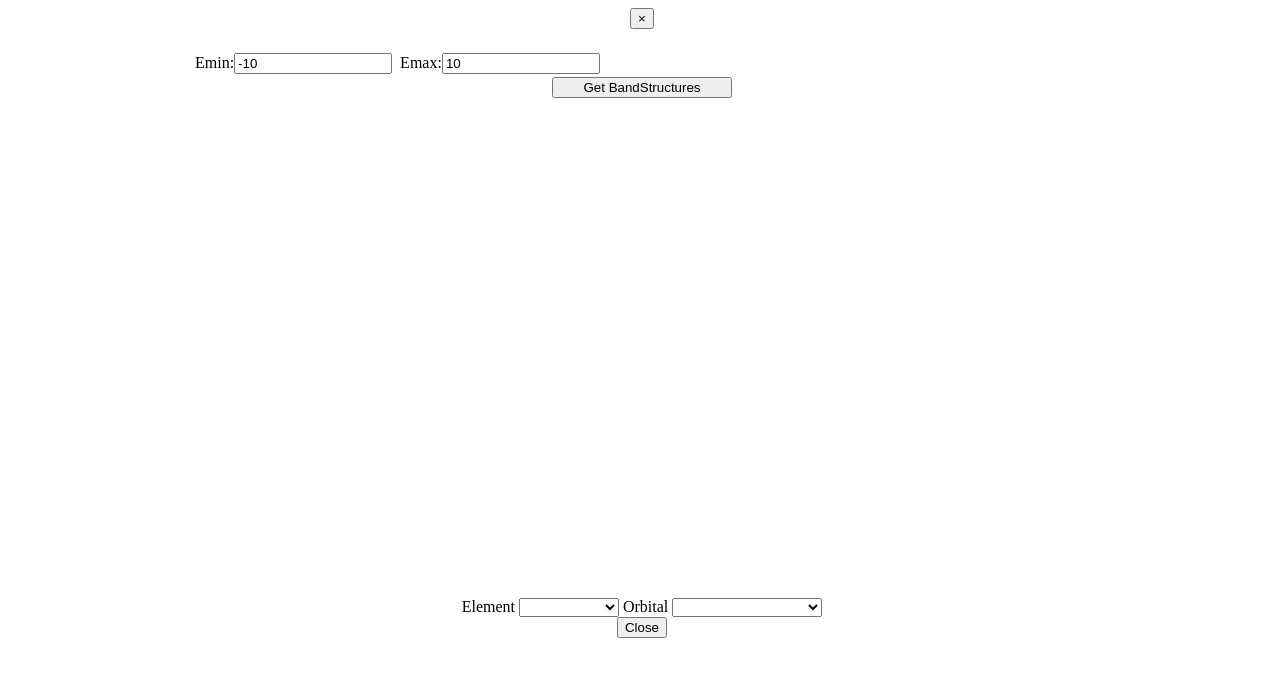
Repository: atowfiq/FESD_website-scripts
Page: http://localhost/fesdweb/BandstructureChart.jsp
An editor plug-in stored every save of this project. The page is shown before and after the next save, followed by the edit.
The browser window is 1280 px wide. The pictures show the whole page.
The page is served by Tomcat 9. Other server files are loaded and not shown.

Above is the page before, as saved 2017-07-28 00:54:06.

### fesdweb/WebContent/BandstructureChart.jsp
<%@ page language="java" contentType="text/html; charset=ISO-8859-1"
    pageEncoding="ISO-8859-1"%>
<!DOCTYPE html PUBLIC "-//W3C//DTD HTML 4.01 Transitional//EN" "http://www.w3.org/TR/html4/loose.dtd">
<html>
<head>
<meta http-equiv="Content-Type" content="text/html; charset=ISO-8859-1">
<title>Bandstructure</title>

<style type="text/css">
.main{
margin-top:-40px;
}


.modal .modal-body {
    max-height: 800px;
    overflow-y: auto;
}
.modal {
  text-align: center;
}

@media screen and (min-width: 768px) {
  .modal:before {
    content: " ";
    display: inline-block;
    height: 100%;
    vertical-align: middle;
  }
}

.modal-dialog {
  display: inline-block;
  text-align: center;
  vertical-align: middle;
}

</style>

    <script type="text/javascript">

      function drawChart(bands) {
    	//  $("#Bands").append($("<option></option>").val('All').html('All'));
     	  $.each(bands, function (key, value) {

 	         $("#BandsFrom").append($("<option></option>").val(value.Index).html(value.Index));
 	        $("#BandsTo").append($("<option></option>").val(value.Index).html(value.Index));

     	  });

     	 drawBandChart(bands);

          }

      	  function drawBandChart(bands)
      	  {


      	  BandChart = document.getElementById('BandChart');
      	  Plotly.purge(BandChart);

      	  var data =[];
      	  var dx=[];
    	  for(var i=0;i<bands[0].Energy.split(", ").length;i++)
    	         	  dx.push(i);
      	  for(var l=0;l<bands.length;l++)
      		{

      		  data.push({x:dx,y:bands[l].Energy.split(", ")});
      		}
      	  /* [{
      	      x: [1, 2, 3, 4, 5],
      	      y: [1, 2, 4, 8, 16],
      	  	},{
      	      x: [1, 2, 3, 4, 5],
      	      y: [2, 4, 6, 8, 16],
      	  	}]*/

      	 var layout = {
       			  title: 'Bandstructure' + Compound.Formula,

       			  yaxis: {
       			    range: [-10, 10],
       			    autorange: false
       			  },

       			};
      	  Plotly.plot( BandChart,data, layout );
      	  }

      	  function drawChartSingleBand(index,bands,orbitalValue)
      	  {



      		 BandChart = document.getElementById('BandChart');
      		 Plotly.purge(BandChart);

      		 var data =[];
         	  var dx=[];
         	  for(var i=0;i<bands[index].Energy.split(", ").length;i++)
         		  dx.push(i);

         	var weight= orbitalValue.split(", ");


         	// data.push({x:dx,y:bands[index].Energy.split(", ")});
         	  data.push({x:dx,
         			  y:bands[index].Energy.split(", "),
         			  type: 'scatter',                    // set the chart type
        		      mode: 'lines',
        		      line: {                             // set the width of the line.
        		         width: 1
        		      },

        		      error_y: {
        		        array: weight.map(function(x) { return x ; }),
        		        thickness: 0.5,                   // set the thickness of the error bars
        		        width: 0
        		      }


         		  });



         	  Plotly.plot( BandChart,data, {
         	      margin: { t: 0 } } );



      	  }

      	function GetBandstructures()
      	{
      		var bandsFrom=$("#BandsFrom").val(),bandsTo =$("#BandsTo").val();
      		if(bandsFrom>bandsTo)
      		{
      			alert("Bands from should be less than bands to.");
      			return;
      		}
      		$.get('BandStructureServlet', {
      			from: bandsFrom,
      			to: bandsTo,
      			id:Compound.Id
      			 }, function(data) {
      				 $("#CompoundElements").html('');
      				    $("#CompoundElements").append($("<option></option>").val("None").html("None"));
      			  	     $.each(data, function (key, value) {

      			  	         $("#CompoundElements").append($("<option></option>").val(JSON.stringify({Header: value.Header,PartialEnergy:value.PartialEnergy})).html(value.Element+" "+value.ElementIndex));
      			  	       });



      		});



      	}


    </script>

</head>
<body>
<div  id="Viewer"  class="modal fade bs-example-modal-lg" tabindex="-1" role="dialog" aria-labelledby="myLargeModalLabel" style="width:100%">
    <div class="modal-dialog modal-lg">

      <!-- Modal content-->


      <div class="modal-content">
        <div class="modal-header">
          <button type="button" class="close" data-dismiss="modal">&times;</button>
          <h4 class="modal-title" id="CompoundFormulaName"></h4>

        </div>
        <div class="modal-body">
    <div>
    <table>
    <tr>
    <td>
<label>Emin:</label><input id="EminBC" style="width:150px;"  class="form-control"  value="-10">
</td>
<td >
</td>

<td>
<label>Emax:</label><input id="EmaxBC" style="width:150px;"  class="form-control"  value="10">
</td>

	</tr>
	</table>
	</div>
	<button style="width:180px;" class="btn btn-secondary" onclick="GetBandstructures()">Get BandStructures</button>

   <div id="BandChart" style="width: 900px; height: 500px"></div>


 <label  class="control-label ">Element </label> <select style="width: 100px; "  id="CompoundElements">

		</select>
		<label  class="control-label ">Orbital</label> <select style="width: 150px; "  id="Orbitals">

		</select>
<div id="ViewerContent"  style="display: none;"> <img src="" id="imagepreview" style="padding: 5px; width: 800px; height: 600px;" ></div>
        </div>
        <div class="modal-footer">
          <button type="button" class="btn btn-default" data-dismiss="modal">Close</button>
        </div>
      </div>

    </div>
  </div>


</body>
</html>

After the next save:
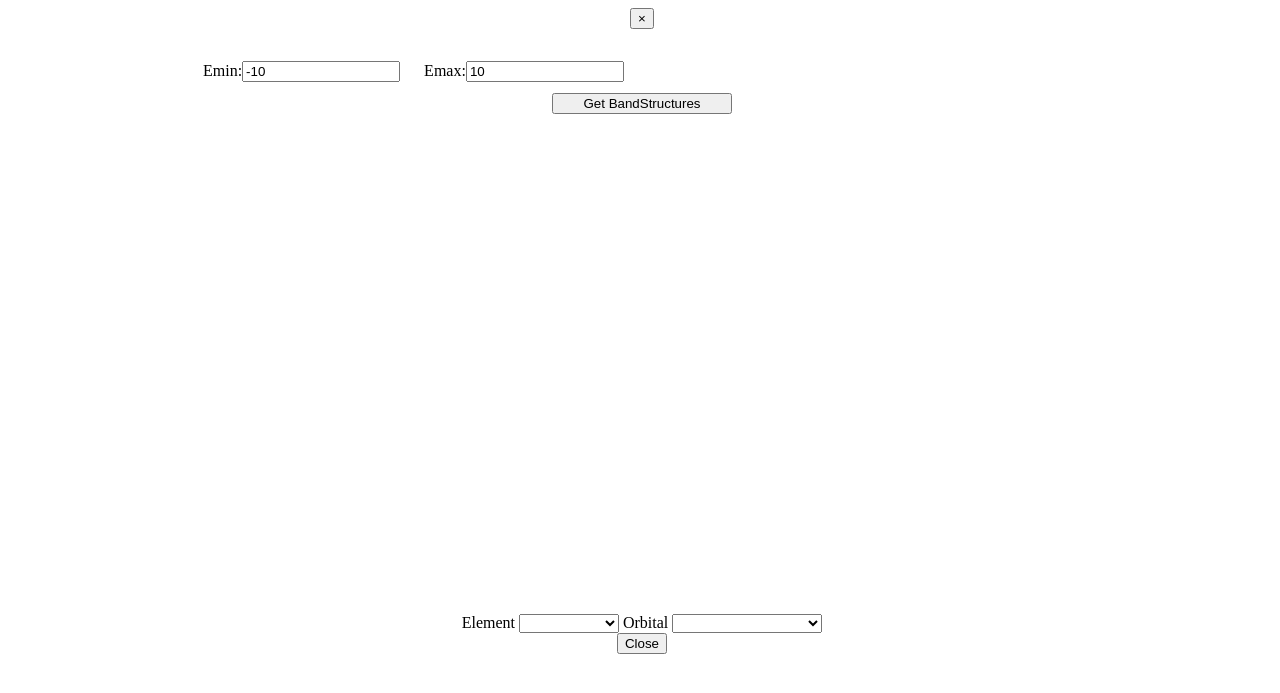
Saved 16 s later.
--- a/fesdweb/WebContent/BandstructureChart.jsp
+++ b/fesdweb/WebContent/BandstructureChart.jsp
@@ -178,7 +178,7 @@ margin-top:-40px;
         </div>
         <div class="modal-body">
     <div>
-    <table>
+    <table cellspacing="10px">
     <tr>
     <td>
 <label>Emin:</label><input id="EminBC" style="width:150px;"  class="form-control"  value="-10">
